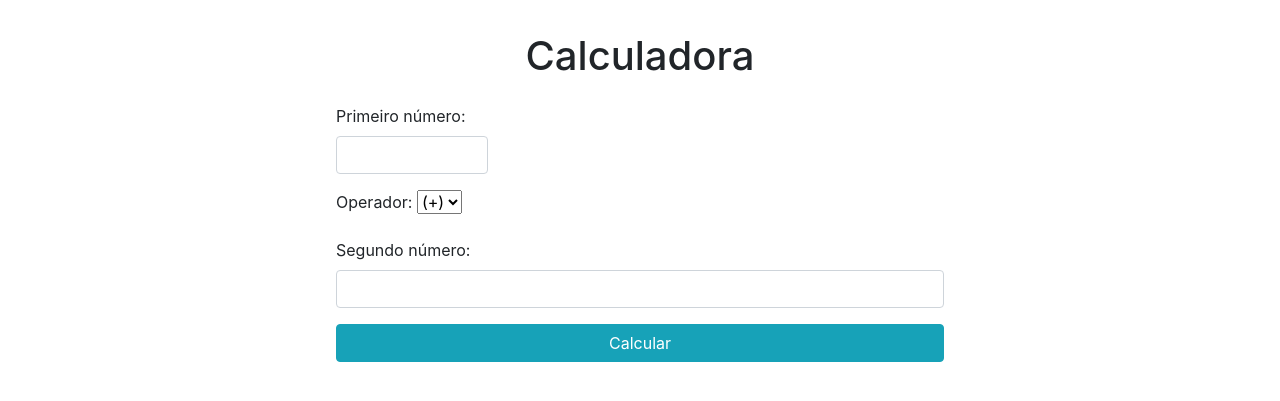
Repository: babirms/DAC
Page: Calculadora/WebContent/home.html
These files come from the project's save history. The page is drawn as it stood at one moment and after the next save; the edit follows.
The browser window is 1280 px wide. The pictures show the whole page.

Above is the page before, as saved 2020-09-20 23:09:15.
Console error (its wording comes from the project's code and is left out).

After the next save:
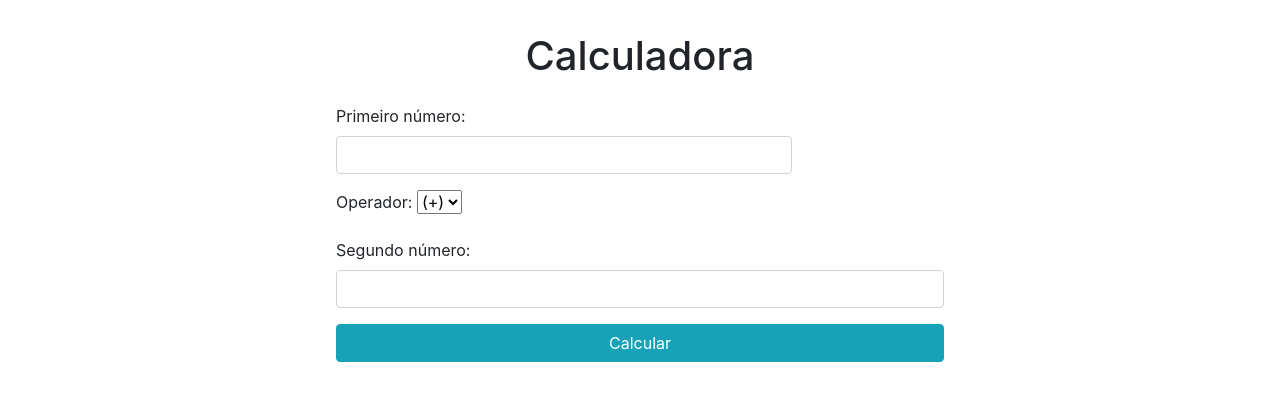
Saved 7 s later.
--- a/Calculadora/WebContent/home.html
+++ b/Calculadora/WebContent/home.html
@@ -12,7 +12,7 @@
 		<div class="container w-50 p-3">
 			<h1 class="p-3 text-center">Calculadora</h1>
 			<form action="CalculadoraServlet" method="get">
-				<div class="form-group w-25">
+				<div class="form-group w-75">
 					<label for="primeiroNum">Primeiro número: </label> <input
 						type="number" class="form-control" name="primeiroValue"
 						id="primeiroNum ">
